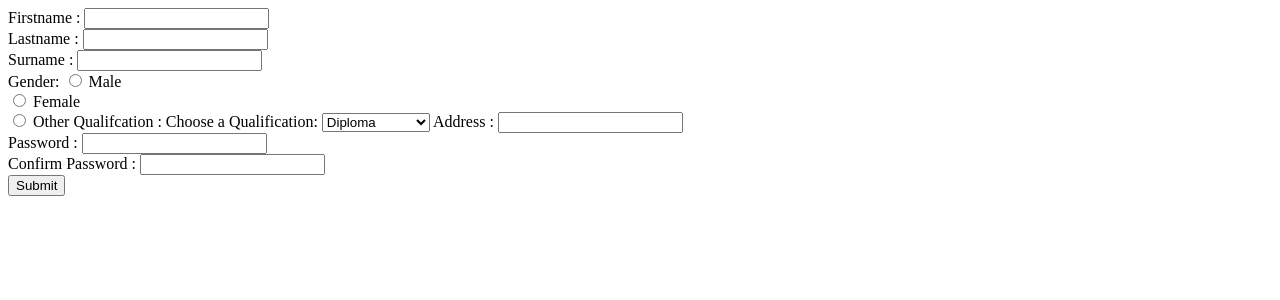
Repository: adityakansara1/JavaContent
Page: SWT1/WebContent/index.html
The author's editor kept a copy of each file at every save. The page is drawn from the files as they stood at one save, then again after the next save.
The browser window is 1280 px wide. The pictures show the whole page.

Above is the page before, as saved 2020-08-09 06:05:47.

### SWT1/WebContent/index.html
<!DOCTYPE html>
<html>
<head>
<meta charset="ISO-8859-1">
<title>Insert title here</title>
</head>
<body>
	<form action="Servlet" method="post">
		Firstname : <input type="text" name="fName" required="required"><br>
		Lastname : <input type="text" name="lName" required="required"><br>
		Surname : <input type="text" name="sName" required="required"><br>
		Gender: <input type="radio" id="male" name="gender" value="male" required="required" />
				<label for="male">Male</label><br>
				<input type="radio" id="female" name="gender" value="female" required="required" />
				<label for="female">Female</label><br>
				<input type="radio" id="other" name="gender" value="other" required="required" />
				<label for="other">Other</label>
		Qualifcation : <label for="qualification">Choose a Qualification:</label>
						<select name="qualification" id="qualification">
						  <option value="volvo">Diploma</option>
						  <option value="saab">Graduate</option>
						  <option value="mercedes">Post Graduate</option>
						  <option value="audi">P.H.D.</option>
						</select>

		Address : <input type="text" name="sName" required="required"><br>
		Password : <input type="password" name="password" required="required"><br>
		Confirm Password :	<input type="password" name="confirmPassword" required="required"><br>

		<input type="submit">
	</form>
</body>
</html>

After the next save:
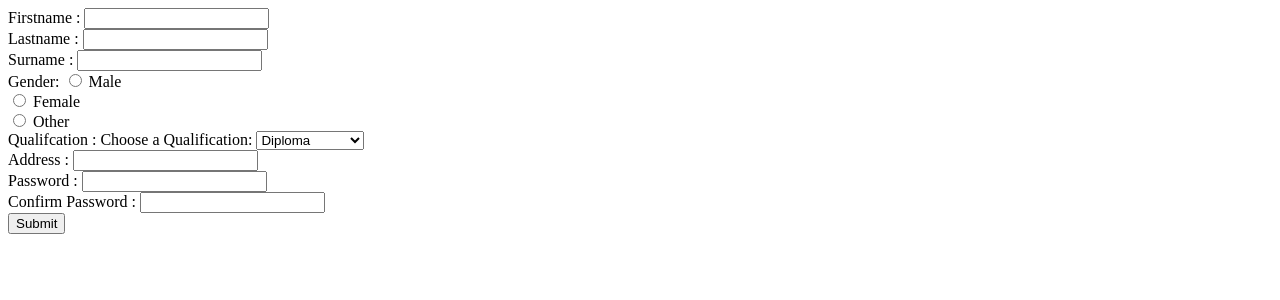
Saved 29 s later.
--- a/SWT1/WebContent/index.html
+++ b/SWT1/WebContent/index.html
@@ -14,15 +14,14 @@
 				<input type="radio" id="female" name="gender" value="female" required="required" />
 				<label for="female">Female</label><br>
 				<input type="radio" id="other" name="gender" value="other" required="required" />
-				<label for="other">Other</label>
+				<label for="other">Other</label><br>
 		Qualifcation : <label for="qualification">Choose a Qualification:</label>
 						<select name="qualification" id="qualification">
 						  <option value="volvo">Diploma</option>
 						  <option value="saab">Graduate</option>
 						  <option value="mercedes">Post Graduate</option>
 						  <option value="audi">P.H.D.</option>
-						</select>
-
+						</select><br>
 		Address : <input type="text" name="sName" required="required"><br>
 		Password : <input type="password" name="password" required="required"><br>
 		Confirm Password :	<input type="password" name="confirmPassword" required="required"><br>
